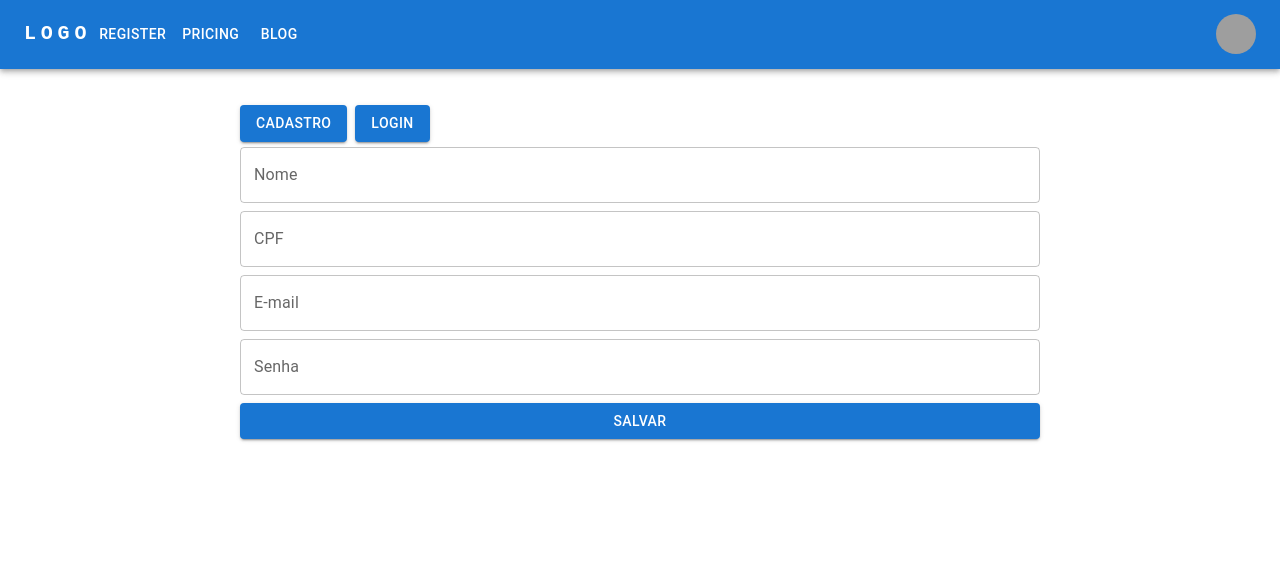
Repository: GabrielLeao02/sistema-react
Page: /register
An editor plug-in stored every save of this project. The page is shown before and after the next save, followed by the edit.
The browser window is 1280 px wide. The pictures show the whole page.
Pictures or frames that could not be fetched are drawn as grey boxes. The project was rebuilt for these pictures with package versions that can differ from the ones it lists, and the page was loaded fresh each time. Also part of the build but not shown: src/presenter/home/home.tsx.

Above is the page before, as saved 2023-07-24 15:14:15.

### index.html
<!DOCTYPE html>
<html lang="en">
  <head>
    <meta charset="UTF-8" />
    <link rel="icon" type="image/svg+xml" href="/vite.svg" />
    <meta name="viewport" content="width=device-width, initial-scale=1.0" />
    <title>Vite + React + TS</title>
    <style>
      html, body{
        margin: 0;
        padding: 0;
        box-sizing: border-box;
      }
    </style>
  </head>
  <body>
    <div id="root"></div>
    <script type="module" src="/src/main.tsx"></script>
  </body>
</html>

### src/App.tsx

import { Routes, Route, BrowserRouter } from 'react-router-dom';
import Home from './presenter/home/home';
import Register from './presenter/register/register';
import NavBar from './presenter/navBar/navBar';
import ContainerGlobal from './presenter/containerGlobal/containerGlobal';

function App() {
	return (
		<>
			<NavBar />
			<ContainerGlobal>
				<BrowserRouter>
					<Routes>
						<Route path='/' element={<Home />} />
						<Route path='/home' element={<Home />} />
						<Route path='/register' element={<Register />} />
					</Routes>
				</BrowserRouter>
			</ContainerGlobal>
		</>
	);
}

export default App;

### src/presenter/register/register.tsx
import { styled } from "styled-components";
import Button from '@mui/material/Button';
import { useState } from 'react';
import FormUser from "../form/formUser";

const ContainerStyled = styled.div`
  box-sizing: border-box;
  display: flex;
  justify-content: center;
  flex-direction: column;
  align-items: start;
  margin-top: 80px;
  width: 80%;
  max-width: 800px;
`;

const DivRowStyled = styled.div`
    box-sizing: border-box;
    display: flex;
    gap: 5px 10px;
`


function Register() {
    const [mostrarBotao, setMostrar] = useState(true);

    return (
        <>

            <ContainerStyled>
                <div style={{ display: 'flex', gap: '8px', margin: '5px 0px' }}>
                    <Button variant="contained">Cadastro</Button>
                    <Button variant="contained">Login</Button>
                </div>
                {mostrarBotao == true ? <FormUser /> : <div></div>}

            </ContainerStyled>
        </>
    )
}
export default Register

### src/presenter/navBar/navBar.tsx
import * as React from 'react';
import AppBar from '@mui/material/AppBar';
import Box from '@mui/material/Box';
import Toolbar from '@mui/material/Toolbar';
import IconButton from '@mui/material/IconButton';
import Typography from '@mui/material/Typography';
import Menu from '@mui/material/Menu';
import MenuIcon from '@mui/icons-material/Menu';
import Container from '@mui/material/Container';
import Avatar from '@mui/material/Avatar';
import Button from '@mui/material/Button';
import Tooltip from '@mui/material/Tooltip';
import MenuItem from '@mui/material/MenuItem';
import { styled } from "styled-components";

const NavBarStyled = styled.div`
  box-sizing: border-box;
  position: absolute;
  top: 0;
  width: 100%;
  display: flex;
  border: non;
  justify-content: space-between;
  align-items: center;
`;

const pages = ['register', 'Pricing', 'Blog'];
const settings = ['Profile', 'Account', 'Dashboard', 'Logout'];

const NavBar: React.VFC = () => {
    const [anchorElNav, setAnchorElNav] = React.useState<null | HTMLElement>(null);
    const [anchorElUser, setAnchorElUser] = React.useState<null | HTMLElement>(null);

    const handleOpenNavMenu = (event: React.MouseEvent<HTMLElement>) => {
        setAnchorElNav(event.currentTarget);
    };
    const handleOpenUserMenu = (event: React.MouseEvent<HTMLElement>) => {
        setAnchorElUser(event.currentTarget);
    };

    const handleCloseNavMenu = (event: string) => {
        window.location.href = "/" + event;
    };

    const handleCloseUserMenu = () => {
        setAnchorElUser(null);
    };

    return (
        <NavBarStyled>
            <AppBar position="static">
                <Container maxWidth="xl">
                    <Toolbar disableGutters>
                        <Typography
                            variant="h6"
                            noWrap
                            component="a"
                            href="/home"
                            sx={{
                                fontFamily: 'monospace',
                                fontWeight: 700,
                                letterSpacing: '.3rem',
                                color: 'inherit',
                                textDecoration: 'none',
                            }}
                        >
                            LOGO
                        </Typography>

                        <Box sx={{ flexGrow: 1, display: { xs: 'flex', md: 'none' } }}>
                            <IconButton
                                size="large"
                                aria-label="account of current user"
                                aria-controls="menu-appbar"
                                aria-haspopup="true"
                                onClick={handleOpenNavMenu}
                                color="inherit"
                            >
                                <MenuIcon />
                            </IconButton>
                            <Menu
                                id="menu-appbar"
                                anchorEl={anchorElNav}
                                anchorOrigin={{
                                    vertical: 'bottom',
                                    horizontal: 'left',
                                }}
                                keepMounted
                                transformOrigin={{
                                    vertical: 'top',
                                    horizontal: 'left',
                                }}
                                open={Boolean(anchorElNav)}
                                onClose={handleCloseNavMenu}
                                sx={{
                                    display: { xs: 'block', md: 'none' },
                                }}
                            >
                                {pages.map((page) => (
                                    <MenuItem key={page} onClick={() => handleCloseNavMenu(page)}>
                                        <Typography textAlign="center">{page}</Typography>
                                    </MenuItem>
                                ))}
                            </Menu>
                        </Box>

                        <Box sx={{ flexGrow: 1, display: { xs: 'none', md: 'flex' } }}>
                            {pages.map((page) => (
                                <Button
                                    key={page}
                                    onClick={() => handleCloseNavMenu(page)}
                                    sx={{ my: 2, color: 'white', display: 'block' }}
                                >
                                    {page}
                                </Button>
                            ))}
                        </Box>

                        <Box sx={{ flexGrow: 0 }}>
                            <Tooltip title="Open settings">
                                <IconButton onClick={handleOpenUserMenu} sx={{ p: 0 }}>
                                    <Avatar alt="Remy Sharp" src="/static/images/avatar/2.jpg" />
                                </IconButton>
                            </Tooltip>
                            <Menu
                                sx={{ mt: '45px' }}
                                id="menu-appbar"
                                anchorEl={anchorElUser}
                                anchorOrigin={{
                                    vertical: 'top',
                                    horizontal: 'right',
                                }}
                                keepMounted
                                transformOrigin={{
                                    vertical: 'top',
                                    horizontal: 'right',
                                }}
                                open={Boolean(anchorElUser)}
                                onClose={handleCloseUserMenu}
                            >
                                {settings.map((setting) => (
                                    <MenuItem key={setting} onClick={handleCloseUserMenu}>
                                        <Typography textAlign="center">{setting}</Typography>
                                    </MenuItem>
                                ))}
                            </Menu>
                        </Box>
                    </Toolbar>
                </Container>
            </AppBar>
        </NavBarStyled>
    );
};

export default NavBar;

### src/presenter/containerGlobal/containerGlobal.tsx
import styled from "styled-components";

const ContainerGlobal = styled.div`
    padding: 20px;
    box-sizing: border-box;
    width: 100%;
    display: flex;
    justify-content: center;

`
export default ContainerGlobal

### src/presenter/form/formUser.tsx
import React, { useState } from "react";
import Button from "@mui/material/Button";
import TextField from "@mui/material/TextField";
import styled from "styled-components";
import ContainerGlobal from "../containerGlobal/containerGlobal";
import { SelectChangeEvent } from '@mui/material/Select';
import { isCNPJ, formatToCNPJ, isCPF } from 'brazilian-values';
import bcrypt from 'bcryptjs';
const FormStyled = styled.div`
  box-sizing: border-box;
  display: flex;
  flex-direction: column;
  width: 100%;
  gap: 8px;
`;

function FormUser() {
    const [usuario_email_error, setUsuarioEmailError] = useState(false);
    const [emailErrorText, setEmailErrorText] = useState("");
    const [cpfErrorText, setCpfErrorText] = useState("");
    const [isCpf, setIsCpf] = useState(false);
    const [formData, setFormData] = useState({
        usuario_nome: "",
        usuario_cpf: "",
        usuario_email: "",
        usuario_senha: ""

    });

    const handleChange = (e: SelectChangeEvent<string[]> | React.ChangeEvent<{ name: string; value: unknown }>) => {
        const { name, value } = e.target as HTMLInputElement;
        setFormData((prevData) => ({ ...prevData, [name]: value }));
    };

    const isEmailValid = (email: string) => {
        // Expressão regular para validar o email
        const emailRegex = /^[^\s@]+@[^\s@]+\.[^\s@]+$/;
        return emailRegex.test(email);
    };


    const handleSubmit = async () => {
        try {
            const { usuario_nome, usuario_cpf, usuario_email, usuario_senha } = formData;

            if (!isCPF(usuario_cpf)) {
                setIsCpf(true)
                setCpfErrorText("Cpf Invalido!")
                return;
            } else {
                setIsCpf(false)
                setCpfErrorText("")
            }

            if (!isEmailValid(usuario_email)) {
                setUsuarioEmailError(true)
                setEmailErrorText("Insira um email valido!")
                return;
            } else {
                setUsuarioEmailError(false)
                setEmailErrorText("")
            }

            const saltRounds = 10;
            const hashedPassword = await bcrypt.hash(usuario_senha, saltRounds);
            formData.usuario_senha = hashedPassword;
            const response = await fetch("http://localhost:5000/salvarusuario", {
                method: "POST",
                headers: {
                    "Content-Type": "application/json",
                },
                body: JSON.stringify(formData),
            });

            if (!response.ok) {
                throw new Error("Erro ao salvar os dados do formulário");
            }

            console.log(response.json());
            // Opcionalmente, você pode redefinir os campos do formulário aqui
            setFormData({
                usuario_nome: "",
                usuario_cpf: "",
                usuario_email: "",
                usuario_senha: ""
            });
        } catch (error) {
            console.error(error);
        }
    };

    return (
        <>

                <FormStyled>
                    <TextField
                        id="usuario_nome"
                        name="usuario_nome"
                        label="Nome"
                        variant="outlined"
                        value={formData.usuario_nome}
                        onChange={handleChange}
                    />
                    <TextField
                        id="usuario_cpf"
                        name="usuario_cpf"
                        label="CPF"
                        error={isCpf}
                        variant="outlined"
                        value={formData.usuario_cpf}
                        onChange={handleChange}
                        helperText={cpfErrorText}
                    />
                    <TextField
                        id="usuario_email"
                        name="usuario_email"
                        error={usuario_email_error}
                        label="E-mail"
                        type="email"
                        variant="outlined"
                        value={formData.usuario_email}
                        onChange={handleChange}
                        helperText={emailErrorText}
                    />                    <TextField
                        id="usuario_senha"
                        name="usuario_senha"
                        error={usuario_email_error}
                        label="Senha"
                        type="password"
                        variant="outlined"
                        value={formData.usuario_senha}
                        onChange={handleChange}
                        helperText={emailErrorText}
                    />

                    <Button variant="contained" onClick={handleSubmit}>
                        Salvar
                    </Button>
                </FormStyled>

        </>
    );
}

export default FormUser;

Loaded but not shown: src/main.tsx (common file)

After the next save:
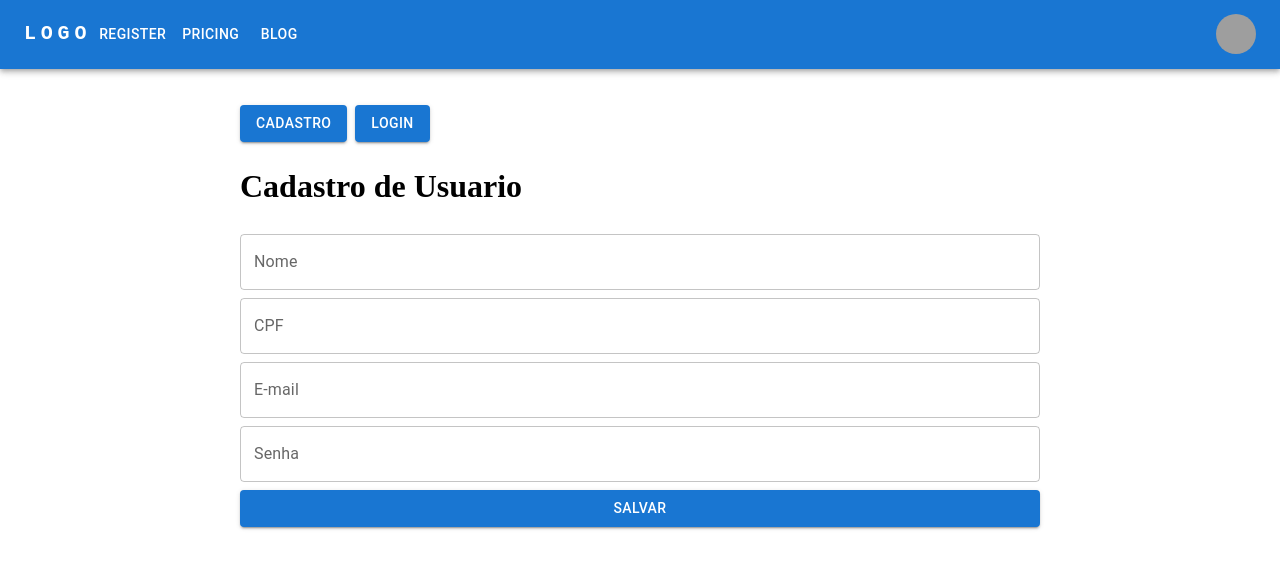
Saved 45 s later.
--- a/src/presenter/form/formUser.tsx
+++ b/src/presenter/form/formUser.tsx
@@ -93,6 +93,7 @@ function FormUser() {
         <>
 
                 <FormStyled>
+                    <h1>Cadastro de Usuario</h1>
                     <TextField
                         id="usuario_nome"
                         name="usuario_nome"
